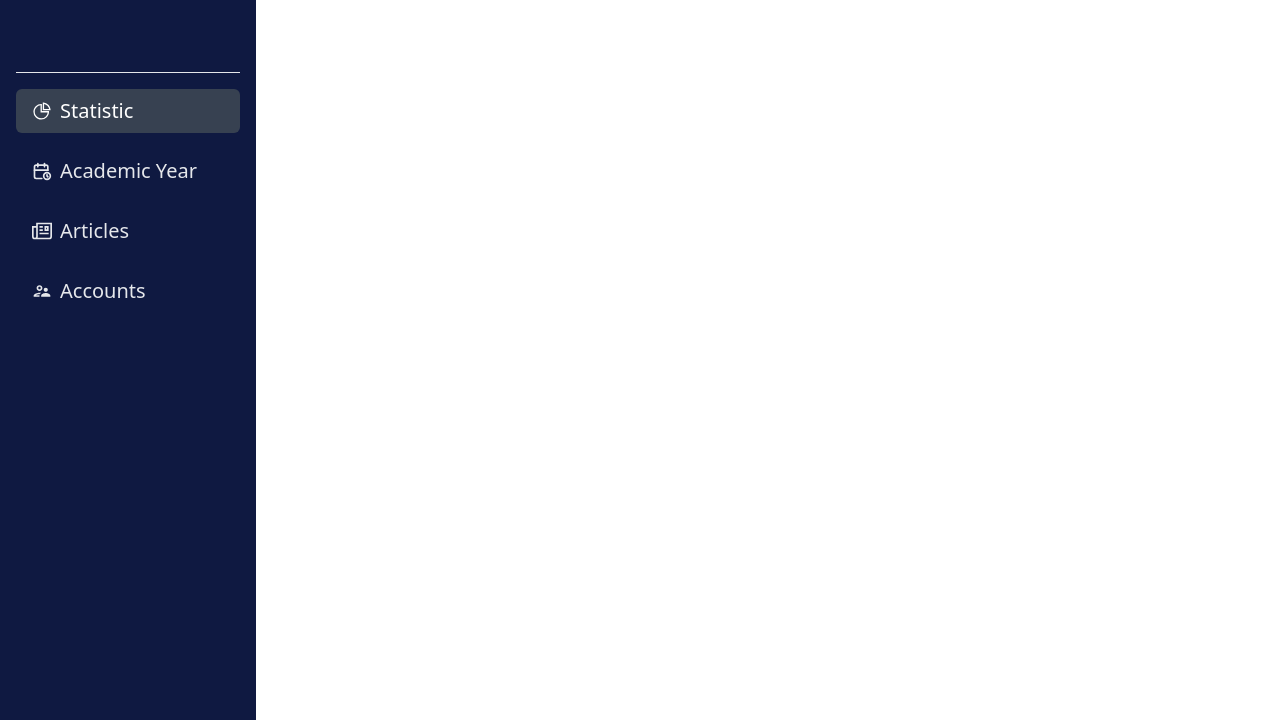
Repository: huynhvanngoan/COMP1640FE-Template
Page: /admin
The author's editor kept a copy of each file at every save. The page is drawn from the files as they stood at one save, then again after a run of saves.
The browser window is 1280 px wide. The pictures show the whole page.
The project was rebuilt for these pictures with package versions that can differ from the ones it lists, and the page was loaded fresh each time. Also part of the build but not shown: src/components/buttonStyles.js, src/pages/LoginPage.jsx, src/pages/admin/AdminDashboard.jsx, src/pages/student/StudentDashboard.jsx, src/pages/department/DepartmentDashboard.jsx, src/pages/marketing/MarketingDashboard.jsx, src/pages/guest/GuestDashboard.jsx.

Above is the page before, as saved 2024-03-24 05:47:33.

After the next 10 saves:
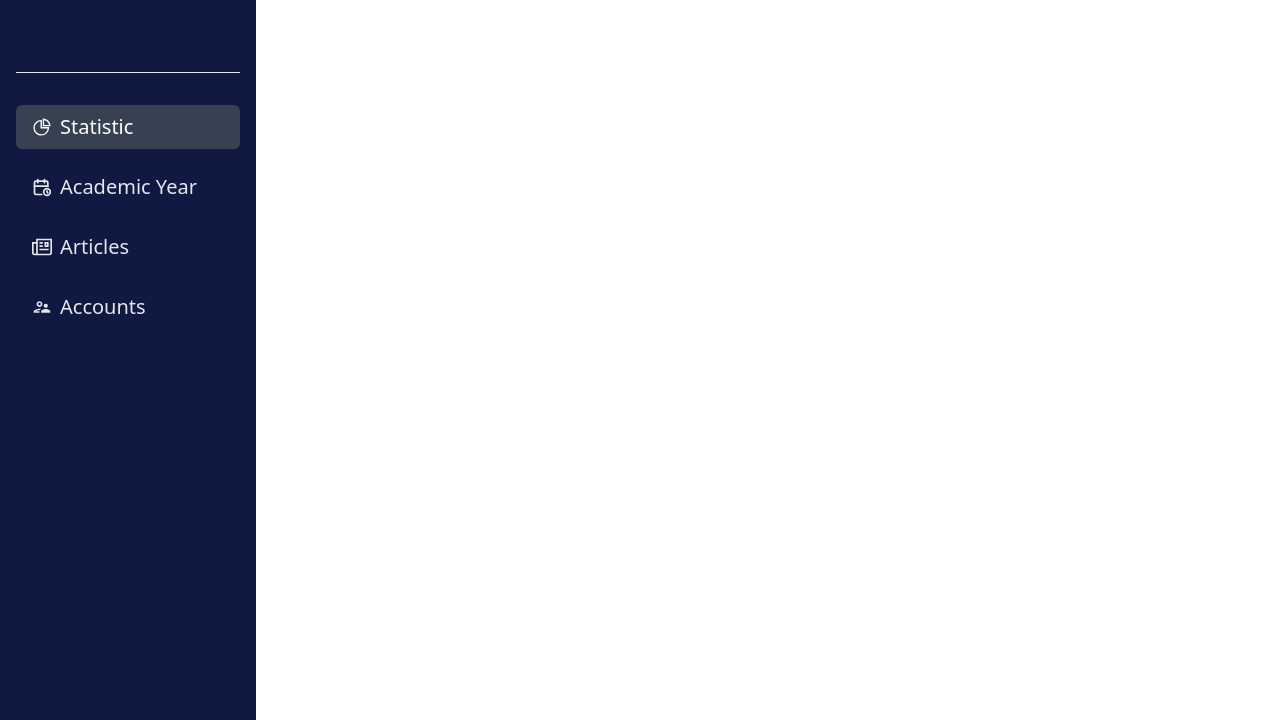
The 10 saves are shown as one change because 3 did not build or start and some came seconds apart.
The last was saved 37 s later.
--- a/src/pages/admin/Sidebar.js
+++ b/src/pages/admin/Sidebar.js
@@ -36,7 +36,7 @@ export default function Sidebar() {
           <ul className='my-4  border-t pt-4 w-full'>
             {SidebarContent.map((item, index) => {
               return (
-                <li className={selected}>
+                <li className={selected === index  ? "mb-4 group active" : "mb-4" }>
 
                 </li>
               )
